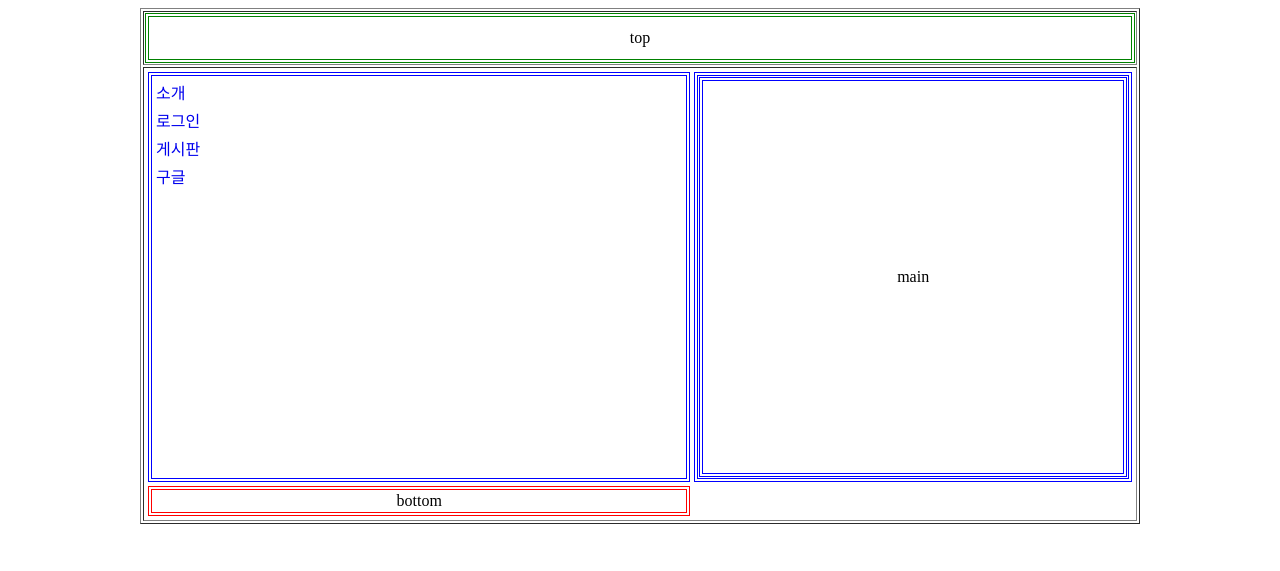
Repository: Kojonghoon/Workspace_java
Page: http://localhost/20221228/ajax/news/index.jsp?menu=info
An editor plug-in stored every save of this project. The page is shown before and after the next save, followed by the edit.
The browser window is 1280 px wide. The pictures show the whole page.
The page is served by Tomcat 9.

Above is the page before, as saved 2023-02-10 02:22:00.

After the next save:
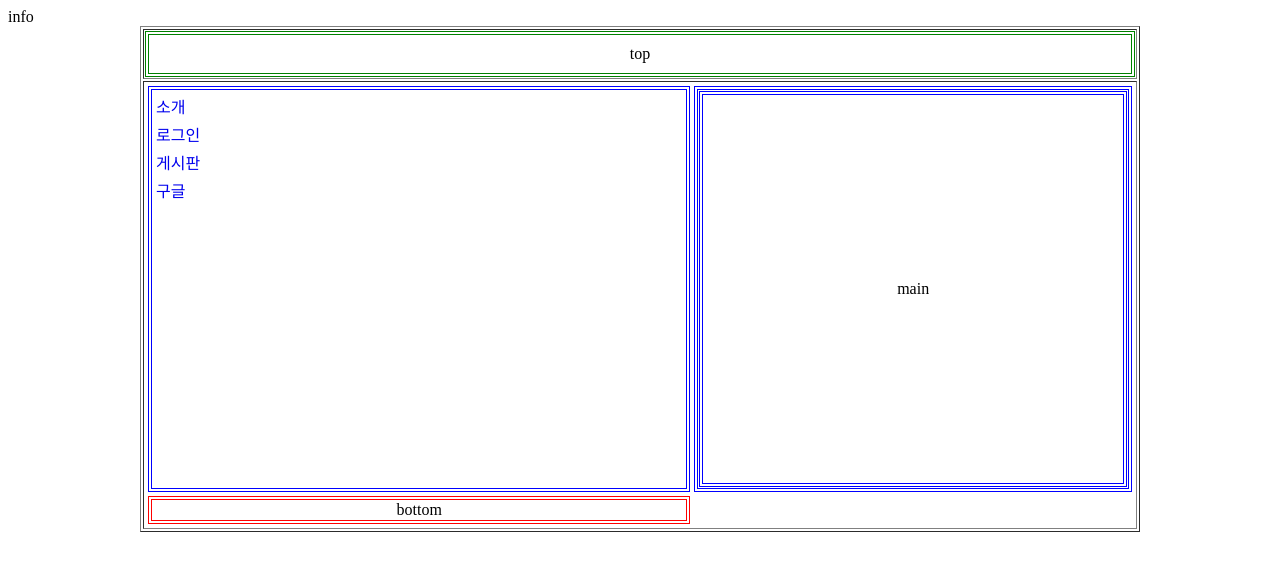
Saved 98 s later.
--- a/20221228/src/main/webapp/ajax/news/index.jsp
+++ b/20221228/src/main/webapp/ajax/news/index.jsp
@@ -1,12 +1,16 @@
 <%@ page language="java" contentType="text/html; charset=UTF-8"
     pageEncoding="UTF-8"%>
+<%
+	String menu =request.getParameter("menu");	//info ore login or board or google
+	out.print(menu);
+%>
 <!DOCTYPE html>
 <html lang="ko">
   <head>
     <meta charset="UTF-8" />
     <meta http-equiv="X-UA-Compatible" content="IE=edge" />
     <meta name="viewport" content="width=device-width, initial-scale=1.0" />
-    <title>게시판</title>
+    <title>패턴1</title>
     <style>
         a{
             text-decoration: none;
